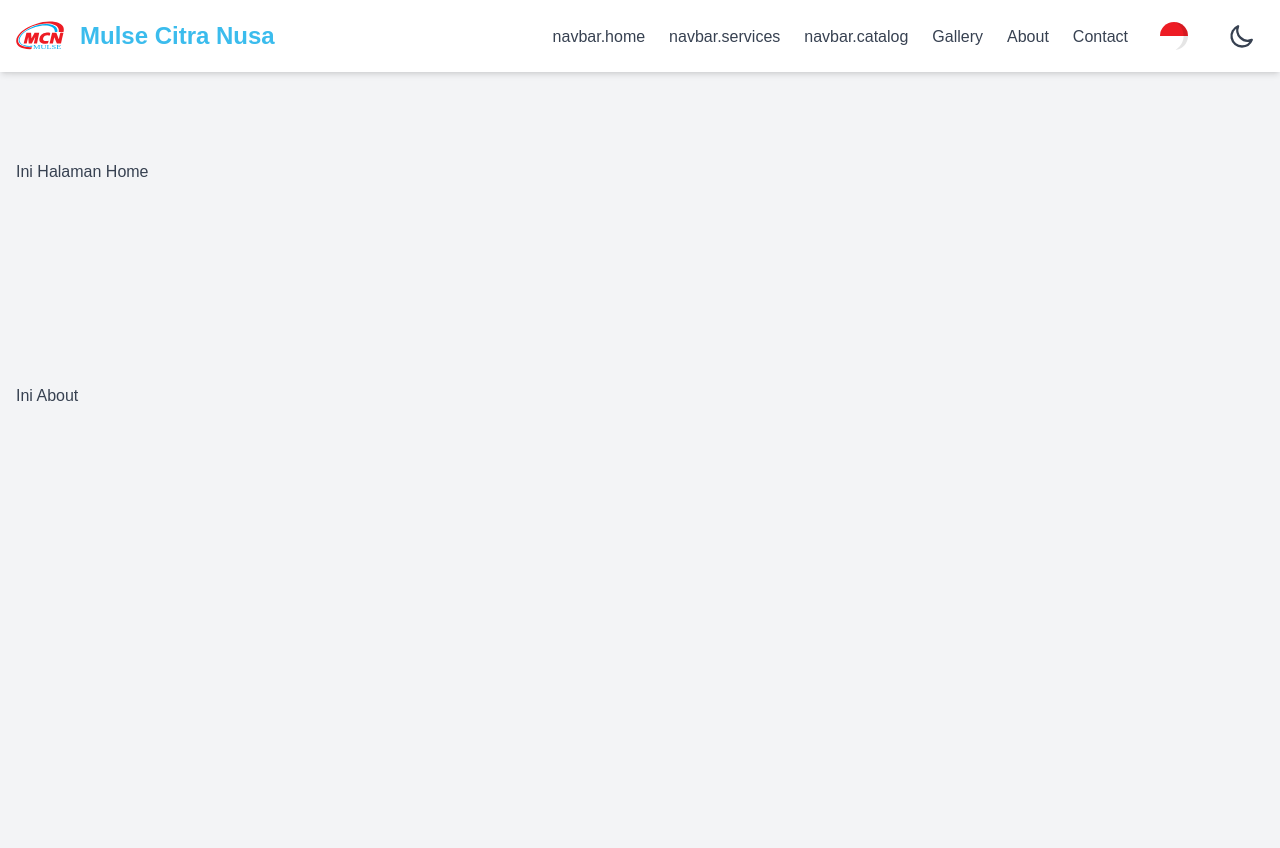
Repository: PrasBaldin/next-mulse
Page: /
An editor plug-in stored every save of this project. The page is shown before and after the next save, followed by the edit.
The browser window is 1280 px wide. The pictures show the whole page.
The project was rebuilt for these pictures with package versions that can differ from the ones it lists, and the page was loaded fresh each time. The framework's server and built-in components were replaced by stand-ins that run in the browser. Also part of the build but not shown: next.config.ts.

Above is the page before, as saved 2025-02-19 19:32:21.

### app/layout.tsx
import type { Metadata } from "next";
import { Geist, Geist_Mono } from "next/font/google";
import "./globals.css";

const geistSans = Geist({
  variable: "--font-geist-sans",
  subsets: ["latin"],
});

const geistMono = Geist_Mono({
  variable: "--font-geist-mono",
  subsets: ["latin"],
});

export const metadata: Metadata = {
  title: "Mulse",
  description: "Selamat datang di PT. Mulse Citra Nusa, kami menyediakan barang dan jasa sesuai kebutuhan Anda.",
};

export default function RootLayout({
  children,
}: Readonly<{
  children: React.ReactNode;
}>) {
  return (
    <html lang="en">
      <body
        className={`${geistSans.variable} ${geistMono.variable} antialiased`}
      >
        {children}
      </body>
    </html>
  );
}

### app/page.tsx
import Navbar from "./components/navbar";
import About from "./pages/about/page";


export default function Home() {
  return (
    <>
      <Navbar />
      <section className="bg-gray-100 dark:bg-gray-700 text-gray-700 dark:text-gray-100 transition duration-500 ease-in-out py-5">
        <div className="container">
          <div className="py-5">
            <div className="py-10">
              <div className="py-10">
                <div className="py-10">
                  <h1>Ini Halaman Home</h1>
                </div>
              </div>
            </div>
          </div>
        </div>
      </section>
      <About />
    </>
  );
}

### app/globals.css
@tailwind base;
@tailwind components;
@tailwind utilities;

:root {
  --background: #ffffff;
  --foreground: #171717;
}

@media (prefers-color-scheme: dark) {
  :root {
    --background: #0a0a0a;
    --foreground: #ededed;
  }
}

body {
  font-family: Arial, Helvetica, sans-serif;
}

.container {
  @apply mx-auto px-4
}

.btn {
  @apply p-2 rounded-lg hover:bg-gray-100 dark:hover:bg-gray-700 transition duration-500 ease-in-out
}

### app/components/navbar.tsx
"use client";

import { useState, useEffect } from "react";
import { useTranslation } from "react-i18next";
import Link from "next/link";
import Image from 'next/image';

import MulseSVG from "../assets/img/mulse.svg";
import "./navbar.css";

import IconDarkMode from "../assets/icon/iconDarkmode";
import IconLightMode from "../assets/icon/iconLightmode";
import IconEN from "../assets/icon/iconEN";
import IconID from "../assets/icon/iconID";

const Navbar = () => {
    const [isOpen, setIsOpen] = useState(false);
    const [isDropdownOpen, setIsDropdownOpen] = useState(false);
    const { t, i18n } = useTranslation();
    const isEnglish = i18n.language === "en";
    const [isDarkMode, setIsDarkMode] = useState(() => {
        // Cek localStorage untuk tema
        if (typeof window !== 'undefined') {
            return localStorage.getItem('theme') === 'dark';
        }
        return false;
    });

    const toggleLanguage = () => {
        i18n.changeLanguage(isEnglish ? "id" : "en");
    };

    useEffect(() => {
        if (isDarkMode) {
            document.documentElement.classList.add('dark');
            localStorage.setItem('theme', 'dark');
        } else {
            document.documentElement.classList.remove('dark');
            localStorage.setItem('theme', 'light');
        }
    }, [isDarkMode]);

    return (
        <>
            <nav className="navbar">
                <div className="container">
                    <div className="flex justify-between items-center py-3">
                        <Link href="/" className="text-2xl font-bold text-[#3bbced] dark:text-gray-100 flex items-center">
                            <Image src={MulseSVG} alt="img" className="w-12 mr-4" />Mulse Citra Nusa
                        </Link>

                        <div className="hidden lg:flex space-x-6 items-center">
                            <Link href="/" className="nav-link">
                                {t("navbar.home")}
                            </Link>

                            <div className="relative group" onMouseEnter={() => setIsDropdownOpen(true)} onMouseLeave={() => setIsDropdownOpen(false)} >
                                <button className="nav-link flex items-center">
                                    {t("navbar.services")}
                                </button>
                                <div className={`bg-white dark:bg-gray-800 absolute top-8 -left-2 w-56 pt-2 p-3 border-2 border-blue-500 shadow-xl rounded-lg overflow-visible transition-all duration-300 ${isDropdownOpen ? "opacity-100 visible scale-100" : "opacity-0 invisible scale-95"}`} >
                                    <Link href="/pengadaan-barang" className="nav-link-dropdown" >
                                        {t("navbar.service.procurement")}
                                    </Link>
                                    <Link href="/jasa-konstruksi" className="nav-link-dropdown" >
                                        {t("navbar.service.construction")}
                                    </Link>
                                </div>
                            </div>
                            <Link href="https://katalog.mulse.id" target="blank" className="nav-link">
                                {t("navbar.catalog")}
                            </Link>
                            <Link href="/gallery" className="nav-link">
                                Gallery
                            </Link>
                            <Link href="/about" className="nav-link">
                                About
                            </Link>
                            <Link href="/contact" className="nav-link">
                                Contact
                            </Link>
                            <button onClick={() => setIsEnglish(!isEnglish)} className="btn w-11 h-11 relative overflow-hidden">
                                <div className={`toggle-change-lang ${isEnglish ? 'opacity-100 scale-1' : 'opacity-0 scale-0'}`} >
                                    <IconEN />
                                </div>
                                <div className={`toggle-change-lang ${isEnglish ? 'opacity-0 scale-0' : 'opacity-100 scale-1'}`} >
                                    <IconID />
                                </div>
                            </button>
                            <button onClick={() => setIsDarkMode(!isDarkMode)} className="btn w-11 h-11 relative overflow-hidden">
                                <div className={`toggle-dark-mode ${isDarkMode ? 'opacity-100 rotate-0' : 'opacity-0 rotate-90'}`} >
                                    <IconLightMode />
                                </div>
                                <div className={`toggle-dark-mode ${isDarkMode ? 'opacity-0 -rotate-90' : 'opacity-100 rotate-0'}`} >
                                    <IconDarkMode />
                                </div>
                            </button>
                        </div>

                        <button className="lg:hidden relative w-8 h-8" onClick={() => setIsOpen(!isOpen)}>
                            <div className={`hamburger ${isOpen ? "rotate-45 top-1/2 transform -translate-y-1/2" : "top-2"}`} ></div>
                            <div className={`hamburger ${isOpen ? "opacity-0" : "top-1/2 transform -translate-y-1/2"}`} ></div>
                            <div className={`hamburger ${isOpen ? "-rotate-45 bottom-1/2 transform translate-y-1/2" : "bottom-2"}`} ></div>
                        </button>
                    </div>
                </div>
            </nav >

            {/* Overlay Sidebar */}
            <div className={`lg:hidden fixed top-16 left-0 w-full h-full bg-black/50 backdrop-blur-sm transition-opacity duration-300 ${isOpen ? "opacity-100 visible" : "opacity-0 invisible"}`
            } onClick={() => setIsOpen(false)}></div>

            {/* Sidebar Menu */}
            < div className={`bg-white dark:bg-gray-800 lg:hidden fixed top-16 right-0 w-64 h-full shadow-lg transform transition-transform duration-300 ${isOpen ? "translate-x-0" : "translate-x-full"}`}  >
                <div className="p-6 flex flex-col space-y-4">
                    <Link href="/" className="nav-link-mobile" onClick={() => setIsOpen(false)}>
                        Home
                    </Link>

                    <div>
                        <button className="nav-link-mobile flex items-center w-full" onClick={() => setIsDropdownOpen(!isDropdownOpen)} >
                            Services
                            <span className={`dropdown-arrow ${isDropdownOpen ? "rotate-45 absolute right-9 mb-2" : "-rotate-45 absolute right-9"}`} ></span>
                        </button>
                        <div className={`bg-white dark:bg-gray-800 ml-4 space-y-2 rounded-lg overflow-hidden transition-all duration-300 ease-in-out ${isDropdownOpen ? "max-h-[500px] opacity-100 p-2 mt-2" : "max-h-0 opacity-0 p-0 mt-0"}`} >
                            <Link href="/pengadaan-barang" className="nav-link-mobile block" onClick={() => setIsOpen(false)} >
                                Pengadaan Barang
                            </Link>
                            <Link href="/jasa-konstruksi" className="nav-link-mobile block" onClick={() => setIsOpen(false)} >
                                Jasa Konstruksi
                            </Link>
                        </div>
                    </div>
                    <Link href="https://katalog.mulse.id" className="nav-link-mobile" onClick={() => setIsOpen(false)}>
                        Catalog
                    </Link>
                    <Link href="/gallery" className="nav-link-mobile" onClick={() => setIsOpen(false)}>
                        Gallery
                    </Link>
                    <Link href="/about" className="nav-link-mobile" onClick={() => setIsOpen(false)}>
                        About
                    </Link>
                    <Link href="/contact" className="nav-link-mobile" onClick={() => setIsOpen(false)}>
                        Contact
                    </Link>
                    <button onClick={() => setIsEnglish(!isEnglish)} className="btn flex items-center gap-2" >
                        <span className="font-medium text-gray-700 dark:text-gray-300">
                            {isEnglish ? <IconEN /> : <IconID />}
                        </span>
                        <span className="text-gray-700 dark:text-gray-300">
                            {isEnglish ? 'Change language' : 'Ubah bahasa'}
                        </span>
                    </button>
                    <button onClick={() => setIsDarkMode(!isDarkMode)} className="btn flex items-center">
                        {isDarkMode ? (
                            <>
                                <div className={`toggle-dark-mode-mobile gap-2 ${isDarkMode ? 'opacity-100 rotate-0' : 'opacity-0 rotate-90'}`} >
                                    <IconLightMode />
                                    <span className="text-gray-700 dark:text-gray-300">Light Mode</span>
                                </div>
                            </>
                        ) : (
                            <>
                                <div className={`toggle-dark-mode-mobile gap-2 ${isDarkMode ? 'opacity-0 -rotate-90' : 'opacity-100 rotate-0'}`} >
                                    <IconDarkMode />
                                    <span className="text-gray-700 dark:text-gray-300">Dark Mode</span>
                                </div>
                            </>
                        )}
                    </button>
                </div>
            </div >
        </>
    );
};

export default Navbar;

### app/pages/about/page.tsx
import React from 'react'

const About = () => {
    return (
        <section className="bg-gray-100 dark:bg-gray-700 transition duration-500 ease-in-out">
            <div className="container">
                <div className="py-10">
                    <div className="text-gray-700 dark:text-gray-100 transition duration-500 ease-in-out">Ini About</div>
                </div>
                <div className="py-10"></div>
                <div className="py-10"></div>
                <div className="py-10"></div>
                <div className="py-10"></div>
                <div className="py-10"></div>
            </div>
        </section>
    )
}

export default About

### app/components/navbar.css
.navbar {
    @apply bg-white dark:bg-gray-800 transition duration-500 ease-in-out shadow-md fixed w-full z-50
}

.nav-link {
    @apply text-gray-700 hover:text-blue-500 dark:hover:text-blue-500 dark:text-gray-100 pt-2 pb-1 transition duration-500 ease-in-out border-b-2 border-transparent hover:border-blue-500 flex items-center
}

.nav-link-dropdown {
    @apply text-gray-700 hover:text-blue-500 dark:hover:text-blue-500 dark:text-gray-100 pt-2 pb-1 transition duration-500 ease-in-out hover:bg-gray-100 dark:hover:bg-gray-700 rounded border-b border-gray-200 hover:border-blue-500 block mt-2 px-2
}

.nav-link-mobile {
    @apply hover:bg-gray-100 dark:hover:bg-gray-700 text-gray-700 hover:text-blue-500 dark:hover:text-blue-500 dark:text-gray-100 py-2 pl-2 border-b border-gray-200 hover:border-blue-500 rounded transition
}

.hamburger {
    @apply absolute w-6 h-[3px] bg-gray-800 dark:bg-gray-100 rounded transition duration-500 ease-in-out
}

.dropdown-arrow {
    @apply border-b-2 border-r-2 border-gray-700 dark:border-gray-100 ml-2 w-3 h-3 transition duration-500 ease-in-out
}

.toggle-change-lang {
    @apply absolute top-0 bottom-0 left-0 right-0 flex items-center justify-center transition-all duration-500 transform
}

.toggle-dark-mode {
    @apply absolute top-0 bottom-0 left-0 right-0 flex items-center justify-center transition-all duration-500 transform
}

.toggle-dark-mode-mobile {
    @apply flex items-center justify-center transition-all duration-500 transform
}

.nav-link-mobile:hover .dropdown-arrow {
    @apply border-blue-500
}

### app/assets/icon/iconDarkmode.tsx
import React from 'react'

const IconDarkmode = () => {
    return (
        <svg xmlns="http://www.w3.org/2000/svg" className="h-7 w-7 text-gray-700 dark:text-gray-100" fill="none" viewBox="0 0 24 24" stroke="currentColor">
            <path strokeLinecap="round" strokeLinejoin="round" strokeWidth={2} d="M20.354 15.354A9 9 0 018.646 3.646 9.003 9.003 0 0012 21a9.003 9.003 0 008.354-5.646z" />
        </svg>
    )
}

export default IconDarkmode

### app/assets/icon/iconLightmode.tsx
import React from 'react'

const IconLightMode = () => {
    return (
        <svg xmlns="http://www.w3.org/2000/svg" className="h-7 w-7 text-gray-100" fill="none" viewBox="0 0 24 24" stroke="currentColor">
            <path strokeLinecap="round" strokeLinejoin="round" strokeWidth="2" d="M12 3v1m0 16v1m9-9h-1M4 12H3m15.364 6.364l-.707-.707M6.343 6.343l-.707-.707m12.728 0l-.707.707M6.343 17.657l-.707.707" />
            <circle cx="12" cy="12" r="3" stroke="currentColor" strokeWidth="2" fill="none" />
        </svg>
    )
}

export default IconLightMode

### app/assets/icon/iconEN.tsx
import React from 'react';

const iconEN = () => {
	return (
		<svg className="w-7 h-7 rounded-full" version="1.1" id="Layer_1" xmlns="http://www.w3.org/2000/svg" xmlnsXlink="http://www.w3.org/1999/xlink" x="0px" y="0px"
			width="150px" height="150px" viewBox="0 0 150 150" enableBackground="new 0 0 150 150" xmlSpace="preserve">
			<g>
				<rect x="-1" y="-0.881" fill="#FFFFFF" width="151.999" height="152" />
				<rect x="-1" y="139.226" fill="#B22436" width="151.999" height="11.655" />
				<rect x="-1" y="115.914" fill="#B22436" width="151.999" height="11.655" />
				<rect x="-1" y="92.603" fill="#B22436" width="151.999" height="11.655" />
				<rect x="75" y="69.291" fill="#B22436" width="75.999" height="11.655" />
				<rect x="75" y="45.979" fill="#B22436" width="75.999" height="11.655" />
				<rect x="75" y="22.668" fill="#B22436" width="75.999" height="11.655" />
				<rect x="75" y="-1.119" fill="#B22436" width="75.999" height="12.131" />
				<path fill="#3D3B6F" d="M-1-0.882v13.779l0.42-1.21l1.11,3.19l3.37,0.07l-2.69,2.04l0.98,3.229l-2.77-1.93L-1,18.578v10.54
		l0.42-1.21l1.11,3.189l3.37,0.07l-2.69,2.04l0.98,3.229l-2.77-1.93L-1,34.798v10.54l0.42-1.21l1.11,3.19l3.37,0.069l-2.69,2.04
		l0.98,3.23l-2.77-1.931L-1,51.018v10.84l0.42-1.199l1.11,3.18l3.37,0.07l-2.69,2.04l0.98,3.229l-2.77-1.93L-1,67.538v13.649h77.44
		V-0.882H-1z M12.07,77.488L9.3,75.558l-2.77,1.931l0.98-3.23l-2.69-2.04l3.37-0.07l1.11-3.18l1.11,3.18l3.37,0.07l-2.69,2.04
		L12.07,77.488z M11.09,57.838l0.98,3.23L9.3,59.147l-2.77,1.921l0.98-3.23l-2.69-2.04l3.37-0.06l1.11-3.19l1.11,3.19l3.37,0.06
		L11.09,57.838z M11.09,41.428l0.98,3.23L9.3,42.728l-2.77,1.931l0.98-3.23l-2.69-2.04l3.37-0.069l1.11-3.19l1.11,3.19l3.37,0.069
		L11.09,41.428z M11.09,25.008l0.98,3.23L9.3,26.308l-2.77,1.931l0.98-3.23l-2.69-2.04l3.37-0.07l1.11-3.18l1.11,3.18l3.37,0.07
		L11.09,25.008z M11.09,8.588l0.98,3.24L9.3,9.897l-2.77,1.931l0.98-3.24l-2.69-2.03l3.37-0.069l1.11-3.19l1.11,3.19l3.37,0.069
		L11.09,8.588z M21.34,69.178l-2.77-1.93l-2.77,1.93l0.98-3.229l-2.69-2.04l3.37-0.07l1.11-3.18l1.11,3.18l3.37,0.07l-2.69,2.04
		L21.34,69.178z M20.36,49.428l0.98,3.23l-2.77-1.931l-2.77,1.931l0.98-3.23l-2.69-2.04l3.37-0.069l1.11-3.19l1.11,3.19l3.37,0.069
		L20.36,49.428z M20.36,33.208l0.98,3.229l-2.77-1.93l-2.77,1.93l0.98-3.229l-2.69-2.04l3.37-0.07l1.11-3.189l1.11,3.189l3.37,0.07
		L20.36,33.208z M20.36,16.988l0.98,3.229l-2.77-1.93l-2.77,1.93l0.98-3.229l-2.69-2.04l3.37-0.07l1.11-3.19l1.11,3.19l3.37,0.07
		L20.36,16.988z M31.22,77.488l-2.77-1.931l-2.77,1.931l0.98-3.23l-2.69-2.04l3.37-0.07l1.11-3.18l1.11,3.18l3.37,0.07l-2.69,2.04
		L31.22,77.488z M30.24,57.838l0.98,3.23l-2.77-1.921l-2.77,1.921l0.98-3.23l-2.69-2.04l3.37-0.06l1.11-3.19l1.11,3.19l3.37,0.06
		L30.24,57.838z M30.24,41.428l0.98,3.23l-2.77-1.931l-2.77,1.931l0.98-3.23l-2.69-2.04l3.37-0.069l1.11-3.19l1.11,3.19l3.37,0.069
		L30.24,41.428z M30.24,25.008l0.98,3.23l-2.77-1.931l-2.77,1.931l0.98-3.23l-2.69-2.04l3.37-0.07l1.11-3.18l1.11,3.18l3.37,0.07
		L30.24,25.008z M30.24,8.588l0.98,3.24l-2.77-1.931l-2.77,1.931l0.98-3.24l-2.69-2.03l3.37-0.069l1.11-3.19l1.11,3.19l3.37,0.069
		L30.24,8.588z M40.49,69.178l-2.77-1.93l-2.77,1.93l0.98-3.229l-2.69-2.04l3.37-0.07l1.11-3.18l1.11,3.18l3.37,0.07l-2.69,2.04
		L40.49,69.178z M39.51,49.428l0.98,3.23l-2.77-1.931l-2.77,1.931l0.98-3.23l-2.69-2.04l3.37-0.069l1.11-3.19l1.11,3.19l3.37,0.069
		L39.51,49.428z M39.51,33.208l0.98,3.229l-2.77-1.93l-2.77,1.93l0.98-3.229l-2.69-2.04l3.37-0.07l1.11-3.189l1.11,3.189l3.37,0.07
		L39.51,33.208z M39.51,16.988l0.98,3.229l-2.77-1.93l-2.77,1.93l0.98-3.229l-2.69-2.04l3.37-0.07l1.11-3.19l1.11,3.19l3.37,0.07
		L39.51,16.988z M50.37,77.488l-2.77-1.931l-2.77,1.931l0.98-3.23l-2.69-2.04l3.37-0.07l1.11-3.18l1.11,3.18l3.37,0.07l-2.68,2.04
		L50.37,77.488z M49.4,57.838l0.97,3.23l-2.77-1.921l-2.77,1.921l0.98-3.23l-2.69-2.04l3.37-0.06l1.11-3.19l1.11,3.19l3.37,0.06
		L49.4,57.838z M49.4,41.428l0.97,3.23l-2.77-1.931l-2.77,1.931l0.98-3.23l-2.69-2.04l3.37-0.069l1.11-3.19l1.11,3.19l3.37,0.069
		L49.4,41.428z M49.4,25.008l0.97,3.23l-2.77-1.931l-2.77,1.931l0.98-3.23l-2.69-2.04l3.37-0.07l1.11-3.18l1.11,3.18l3.37,0.07
		L49.4,25.008z M49.4,8.588l0.97,3.24L47.6,9.897l-2.77,1.931l0.98-3.24l-2.69-2.03l3.37-0.069l1.11-3.19l1.11,3.19l3.37,0.069
		L49.4,8.588z M59.64,69.178l-2.77-1.93l-2.76,1.93l0.97-3.229l-2.69-2.04l3.38-0.07l1.1-3.18l1.11,3.18l3.38,0.07l-2.69,2.04
		L59.64,69.178z M58.67,49.428l0.97,3.23l-2.77-1.931l-2.76,1.931l0.97-3.23l-2.69-2.04l3.38-0.069l1.1-3.19l1.11,3.19l3.38,0.069
		L58.67,49.428z M58.67,33.208l0.97,3.229l-2.77-1.93l-2.76,1.93l0.97-3.229l-2.69-2.04l3.38-0.07l1.1-3.189l1.11,3.189l3.38,0.07
		L58.67,33.208z M58.67,16.988l0.97,3.229l-2.77-1.93l-2.76,1.93l0.97-3.229l-2.69-2.04l3.38-0.07l1.1-3.19l1.11,3.19l3.38,0.07
		L58.67,16.988z M69.52,77.488l-2.77-1.931l-2.76,1.931l0.97-3.23l-2.69-2.04l3.38-0.07l1.1-3.18l1.11,3.18l3.38,0.07l-2.69,2.04
		L69.52,77.488z M68.55,57.838l0.97,3.23l-2.77-1.921l-2.76,1.921l0.97-3.23l-2.69-2.04l3.38-0.06l1.1-3.19l1.11,3.19l3.38,0.06
		L68.55,57.838z M68.55,41.428l0.97,3.23l-2.77-1.931l-2.76,1.931l0.97-3.23l-2.69-2.04l3.38-0.069l1.1-3.19l1.11,3.19l3.38,0.069
		L68.55,41.428z M68.55,25.008l0.97,3.23l-2.77-1.931l-2.76,1.931l0.97-3.23l-2.69-2.04l3.38-0.07l1.1-3.18l1.11,3.18l3.38,0.07
		L68.55,25.008z M68.55,8.588l0.97,3.24l-2.77-1.931l-2.76,1.931l0.97-3.24l-2.69-2.03l3.38-0.069l1.1-3.19l1.11,3.19l3.38,0.069
		L68.55,8.588z"/>
			</g>
			<path opacity="0.1" d="M150.999,160h-85c0,0,60.501-26.039,60.501-85c0-58.793-60.501-84.999-60.501-84.999h85V160z" />
		</svg>
	)
}

export default iconEN

### app/assets/icon/iconID.tsx
import React from 'react'

const iconID = () => {
    return (
        <svg className="w-7 h-7 rounded-full" version="1.1" id="Layer_1" xmlns="http://www.w3.org/2000/svg" xmlnsXlink="http://www.w3.org/1999/xlink" x="0px" y="0px"
            width="150px" height="150px" viewBox="0 0 150 150" enableBackground="new 0 0 150 150" xmlSpace="preserve">
            <rect x="-1" y="-0.999" fill="#ED1C24" width="152" height="75.999" />
            <rect x="-1" y="75" fill="#FFFFFF" width="152" height="76" />
            <path opacity="0.1" d="M151,160H66c0,0,60.501-26.039,60.501-85C126.501,16.207,66-9.999,66-9.999h85V160z" />
        </svg>
    )
}

export default iconID

### tailwind.config.ts
import type { Config } from "tailwindcss";

export default {
  darkMode: 'class',
  content: [
    "./pages/**/*.{js,ts,jsx,tsx,mdx}",
    "./components/**/*.{js,ts,jsx,tsx,mdx}",
    "./app/**/*.{js,ts,jsx,tsx,mdx}",
  ],
  theme: {
    extend: {
      width: {
        '11': '2.75rem',
      },
      height: {
        '11': '2.75rem',
      },
      colors: {
        background: "var(--background)",
        foreground: "var(--foreground)",
      },
    },
  },
  plugins: [],
} satisfies Config;

After the next save:
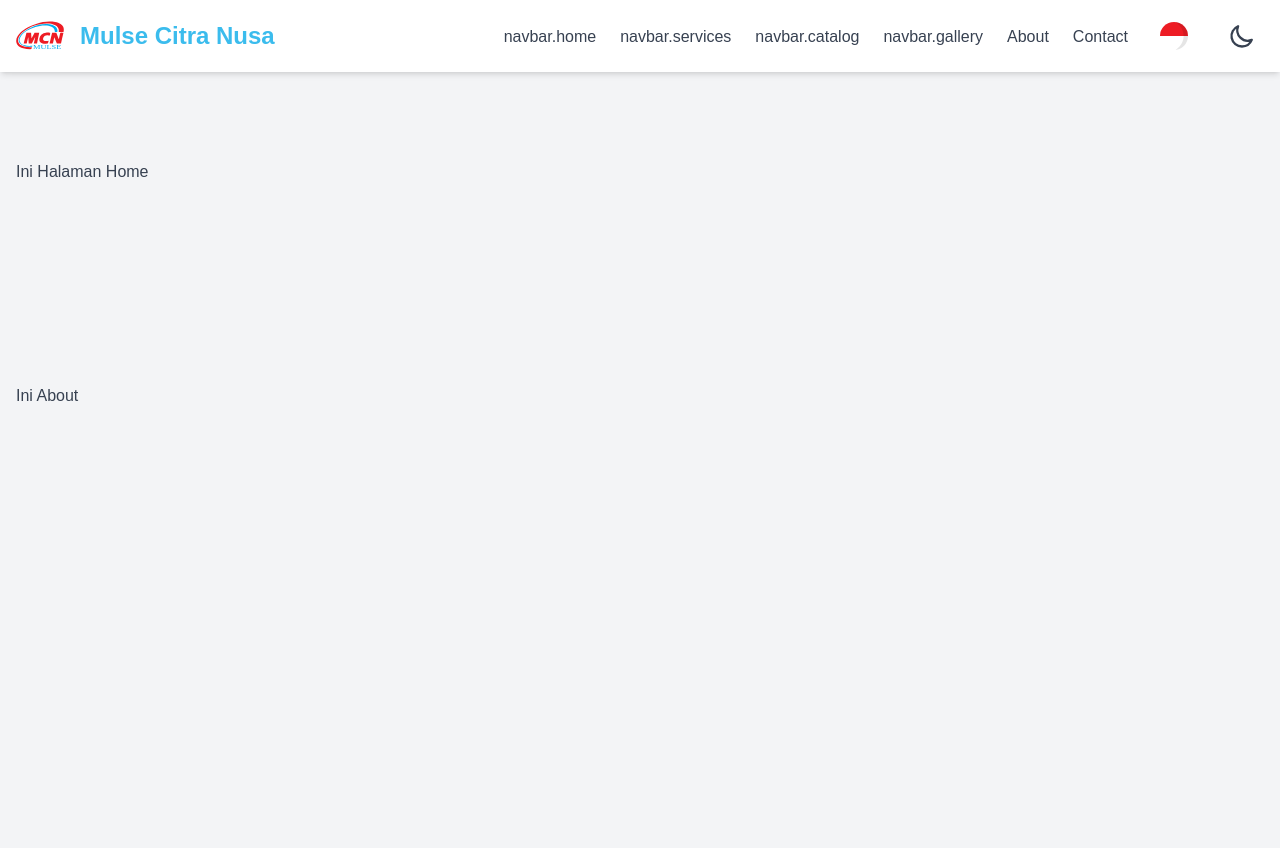
Saved 10 s later.
--- a/app/components/navbar.tsx
+++ b/app/components/navbar.tsx
@@ -71,7 +71,7 @@ const Navbar = () => {
                                 {t("navbar.catalog")}
                             </Link>
                             <Link href="/gallery" className="nav-link">
-                                Gallery
+                                {t("navbar.gallery")}
                             </Link>
                             <Link href="/about" className="nav-link">
                                 About
